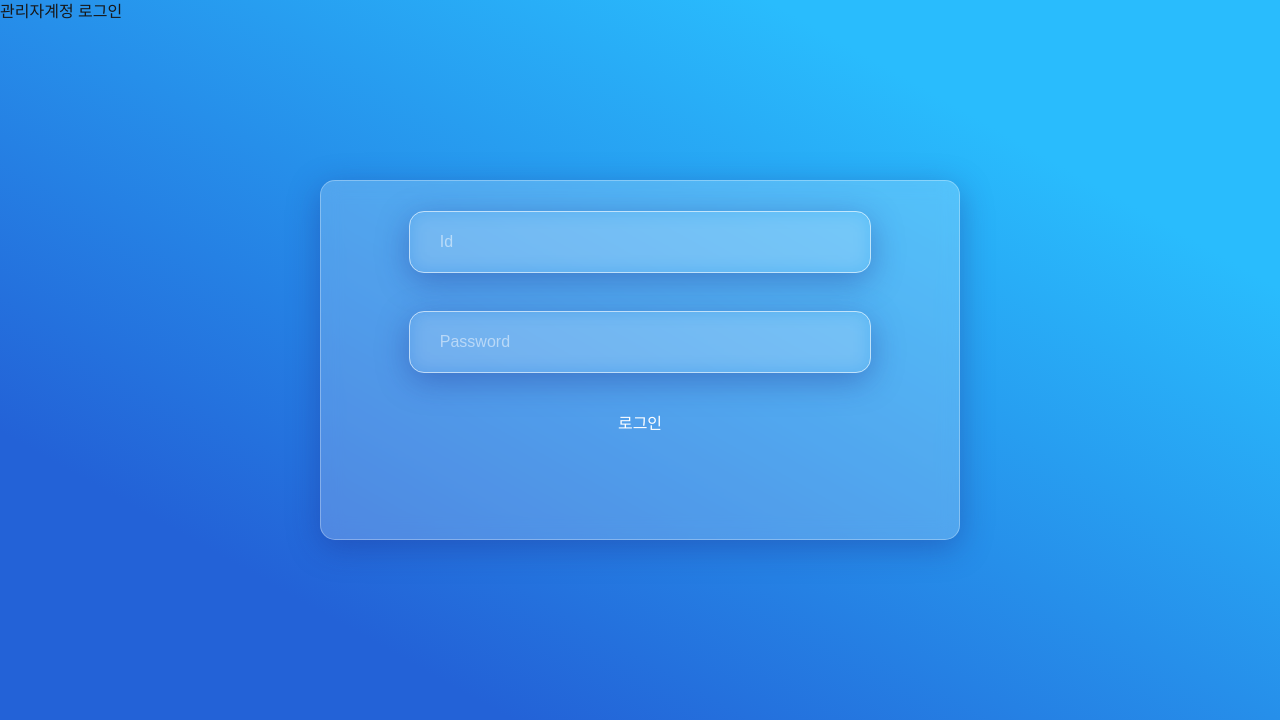
Repository: LEEYONGJUN3068/cms
Page: /login
An editor plug-in stored every save of this project. The page is shown before and after the next save, followed by the edit.
The browser window is 1280 px wide. The pictures show the whole page.
The page's requests for data from a server got no answer. The project was rebuilt for these pictures with package versions that can differ from the ones it lists, and the page was loaded fresh each time. The framework's server and built-in components were replaced by stand-ins that run in the browser. No one was signed in, and anything a server would have sent is missing. Also part of the build but not shown: next.config.mjs.

Above is the page before, as saved 2025-09-23 13:44:48.

### src/app/layout.js
import { Geist, Geist_Mono } from "next/font/google";
import "./globals.css";
import AppLoader from "@/components/AppLoader";

const geistSans = Geist({
  variable: "--font-geist-sans",
  subsets: ["latin"],
});

const geistMono = Geist_Mono({
  variable: "--font-geist-mono",
  subsets: ["latin"],
});

export const metadata = {
  title: "Create Next App",
  description: "Generated by create next app",
};

export default function RootLayout({ children }) {
  return (
    <html lang="en">
      <body
        className={`${geistSans.variable} ${geistMono.variable} antialiased`}
      >
        <AppLoader>{children}</AppLoader>
      </body>
    </html>
  );
}

### src/app/login/page.jsx
'use client'
import { useState } from 'react'
import { supabase } from '@/lib/supabaseClient'
import { useRouter } from 'next/navigation'
import styles from './login.module.scss'

export default function Login() {
  const [email,setEmail] = useState('')
  const [password,setPassword] = useState('')
  const router = useRouter()

  const handleLogin = async (e) => {
    e.preventDefault()
    const { data, error } = await supabase.auth.signInWithPassword({ email, password })
    if (error) alert(error.message)
    else router.push('/dashboard')
  }

  return (
    <div className={styles.loginContainer}>
      <h2>관리자계정 로그인</h2>
      <div className={styles.form}>
        <form onSubmit={handleLogin}>
          <input
            type="email"
            placeholder="Id"
            value={email}
            onChange={(e)=>setEmail(e.target.value)}
            required
          />
          <input
            type="password"
            placeholder="Password"
            value={password}
            onChange={(e)=>setPassword(e.target.value)}
            required
          />
          <button type="submit">로그인</button>
        </form>
      </div>
    </div>
  )
}

### src/components/AppLoader.jsx
"use client";

import { useState, useEffect } from "react";
import dynamic from 'next/dynamic'; // dynamic import 추가

// LoadingScreen 컴포넌트를 dynamic으로 불러오고, ssr을 false로 설정합니다.
// 이렇게 하면 이 컴포넌트는 오직 브라우저에서만 렌더링됩니다.
const LoadingScreen = dynamic(() => import('./LoadingScreen'), { ssr: false });

const AppLoader = ({ children }) => {
  const [loading, setLoading] = useState(true);

  useEffect(() => {
    const isFirstVisit = sessionStorage.getItem("isFirstVisit");

    if (isFirstVisit) {
      setLoading(false);
    } else {
      sessionStorage.setItem("isFirstVisit", "false");
      setTimeout(() => {
        setLoading(false);
      }, 3000);
    }
  }, []);

  return loading ? <LoadingScreen /> : <>{children}</>;
};

export default AppLoader;

### src/app/login/login.module.scss
.loginContainer{
    background: linear-gradient(to bottom left, #29bcfd 20%, #2362d7 80%);
    width: 100%;
    height: 100vh;

    .form{
        position: absolute;
        left: 50%;
        top: 50%;
        transform: translate(-50%, -50%);
        width: 50%;
        height: 50vh;
        background: rgba(255, 255, 255, 0.2);
        backdrop-filter: blur(10px);
        -webkit-backdrop-filter: blur(10px); /* Safari 브라우저 지원 */
        border: 1px solid rgba(255, 255, 255, 0.3);
        box-shadow: 0 8px 32px 0 rgba(31, 38, 135, 0.37);
        border-radius: 15px;
        padding: 30px;
        color: white;

        input{
            width: 80%;
            height: 5vh;
            backdrop-filter: blur(10px);
            -webkit-backdrop-filter: blur(10px); /* Safari 브라우저 지원 */
            border: 1px solid rgba(255, 255, 255, 0.6);
            box-shadow: 0 8px 32px 0 rgba(31, 38, 135, 0.37);
            border-radius: 15px;
            padding: 30px;
            color: white;
            margin-bottom: 3vw;
        }

        form{
            display: flex;
            flex-direction: column;
            justify-content: center;
            align-items: center;
        }
    }
}

### src/components/LoadingScreen.jsx
"use client";

// lottie-react에서 Player를 가져옵니다.
import { Player } from "@lottiefiles/react-lottie-player";

const LoadingScreen = () => {
  return (
    <div style={{
      position: 'fixed',
      top: 0,
      left: 0,
      width: '100%',
      height: '100%',
      backgroundColor: '#000',
      display: 'flex',
      flexDirection: 'column',
      justifyContent: 'center',
      alignItems: 'center',
      zIndex: 9999,
    }}>
        <p style={{
            fontSize: 'clamp(0px, 5vw, 32px)',
            fontWeight: 'bold',
        }}>
          포트폴리오 화면을 구성중입니다
        </p>
        <Player
          autoplay
          loop
          src="https://lottie.host/dfe9ce55-f0b7-4bb0-bcd2-241897b61dec/JhkEyDhSuU.json"
          style={{ width: 'clamp(0px, 50vw, 300px)', height: 'auto' }}
        />
    </div>
  );
};

export default LoadingScreen;

Loaded but not shown: src/app/globals.css (common file); src/lib/supabaseClient.js (common file)

After the next save:
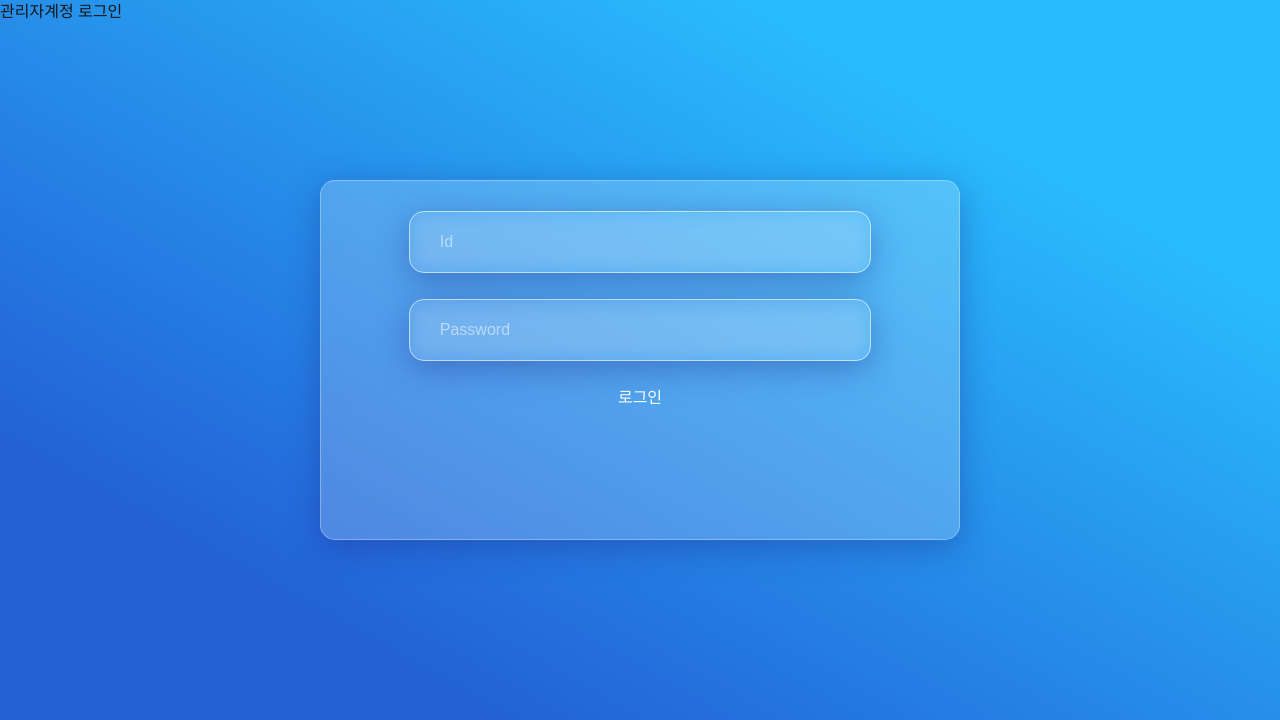
Saved 10 s later.
--- a/src/app/login/login.module.scss
+++ b/src/app/login/login.module.scss
@@ -29,7 +29,7 @@
             border-radius: 15px;
             padding: 30px;
             color: white;
-            margin-bottom: 3vw;
+            margin-bottom: 2vw;
         }
 
         form{
